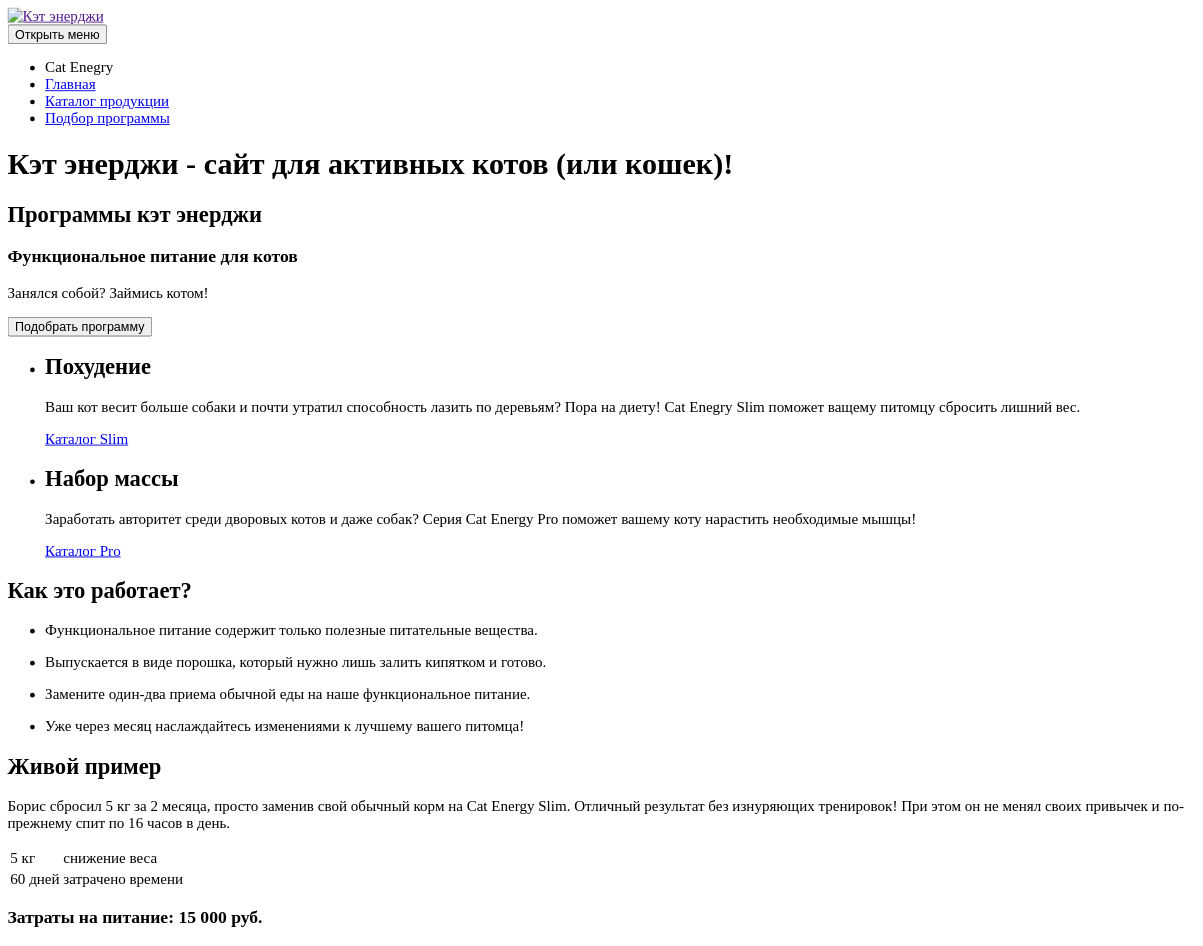
Repository: infernotw/1054987-cat-energy-17
Page: source/index.html
These files come from the project's save history. The page is drawn as it stood at one moment and after the next save; the edit follows.
The browser window is 1280 px wide. The pictures show the whole page, at 94% of full size.

Above is the page before, as saved 2019-07-17 04:35:40.

After the next save:
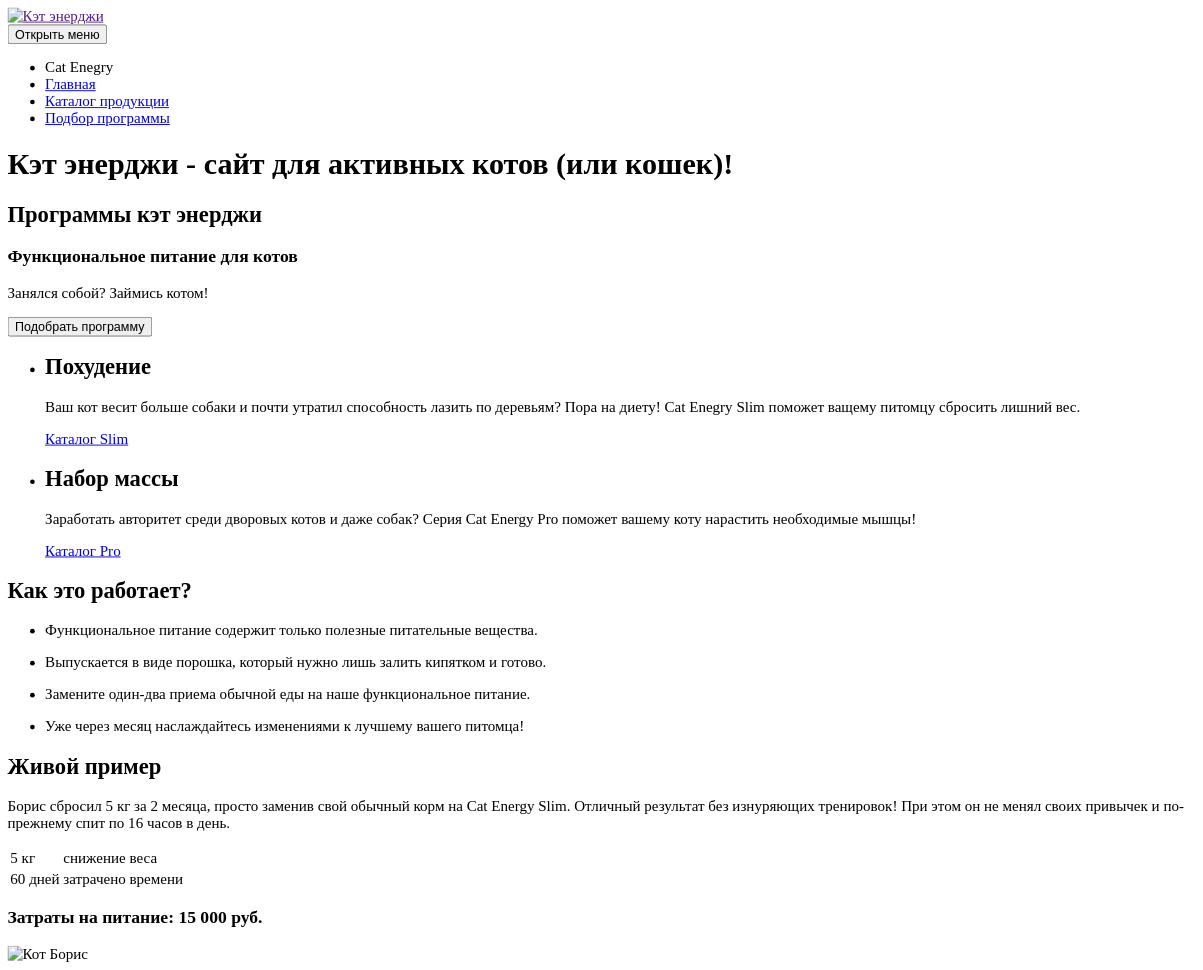
Saved 22 s later.
--- a/source/index.html
+++ b/source/index.html
@@ -98,6 +98,7 @@
           </tr>
         </table>
         <h3 class="example__spending">Затраты на питание: 15 000 руб.</h3>
+        <img src="#" alt="Кот Борис">
 
       </div>
     </section>
